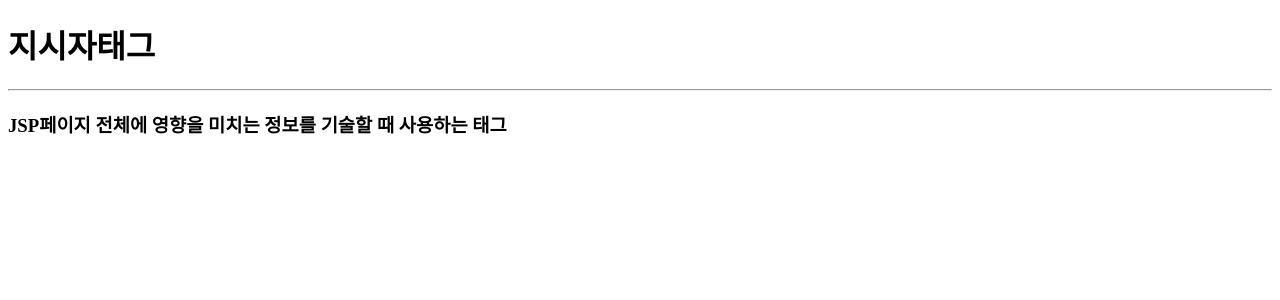
Repository: ParkHyeonju12/servlet
Page: http://localhost/04_jspProject/jsp/directiveTag.jsp
These files come from the project's save history. The page is drawn as it stood at one moment and after the next save; the edit follows.
The browser window is 1280 px wide. The pictures show the whole page.
The page is served by Tomcat 9.

Above is the page before, as saved 2022-08-30 05:56:42.

### web-workspace/04_jspProject/src/main/webapp/jsp/directiveTag.jsp
<%@ page language="java" contentType="text/html; charset=UTF-8"
    pageEncoding="UTF-8"%>
    <%-- 해당 클래스에서 사용하고싶은 클래스를 import할 때 지시자 태그 사용--%>
    <%@ page import = "java.util.ArrayList" %>
<!DOCTYPE html>
<html>
<head>
<meta charset="UTF-8">
<title>Insert title here</title>
</head>
<body>
	<h1>지시자태그</h1>
	<hr>
	<h3>JSP페이지 전체에 영향을 미치는 정보를 기술할 때 사용하는 태그</h3>
</body>
</html>

After the next save:
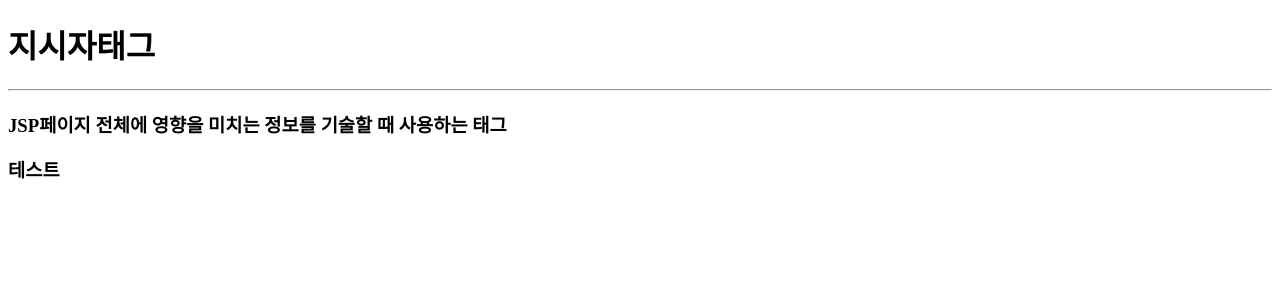
Saved 2 min 10 s later.
--- a/web-workspace/04_jspProject/src/main/webapp/jsp/directiveTag.jsp
+++ b/web-workspace/04_jspProject/src/main/webapp/jsp/directiveTag.jsp
@@ -12,5 +12,7 @@
 	<h1>지시자태그</h1>
 	<hr>
 	<h3>JSP페이지 전체에 영향을 미치는 정보를 기술할 때 사용하는 태그</h3>
+
+	<h3>테스트</h3>
 </body>
 </html>
